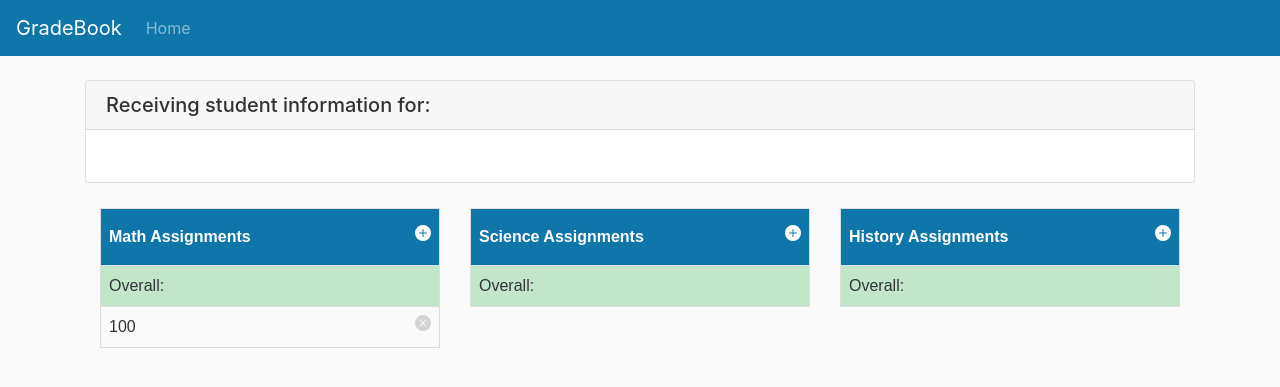
Repository: lamichhanemahesh/JUNIT-Mockito
Page: http://localhost/studentInformation
These files come from the project's save history. The page is drawn as it stood at one moment and after the next save; the edit follows.
The browser window is 1280 px wide. The pictures show the whole page.
Some web libraries are served in a nearby version. The page is this project's Thymeleaf template; nobody is signed in. The template is opened directly, without the code that normally fills it, so the values that code supplies are empty.

Above is the page before, as saved 2023-06-10 09:11:37.

### 4.Testing Spring Boot MVC Web Apps/src/main/resources/templates/studentInformation.html
<!DOCTYPE html>
<html xmlns:th="http://www.thymeleaf.org">
<head>
<!-- Required meta tags -->
<meta charset="utf-8">
<meta name="viewport"
	content="width=device-width, initial-scale=1, shrink-to-fit=no">
<meta charset="ISO-8859-1">
<title>Grade Book App</title>

<link rel="stylesheet"
	href="https://maxcdn.bootstrapcdn.com/bootstrap/4.0.0/css/bootstrap.min.css"
	integrity="sha384-Gn5384xqQ1aoWXA+058RXPxPg6fy4IWvTNh0E263XmFcJlSAwiGgFAW/dAiS6JXm"
	crossorigin="anonymous">

<link rel="stylesheet" th:href="@{/cssandjs/main.css}" />
</head>
<body>
	<nav class="navbar navbar-expand-md navbar-dark main-color fixed-top">
		<a class="navbar-brand" href="/">GradeBook</a>
		<button class="navbar-toggler" type="button" data-toggle="collapse"
			data-target="#navbarNav" aria-controls="navbarNav"
			aria-expanded="false" aria-label="Toggle navigation">
			<span class="navbar-toggler-icon"></span>
		</button>
		<div class="collapse navbar-collapse" id="navbarNav">
			<ul class="navbar-nav">
				<li class="nav-item"><a class="nav-link" href="/">Home </a></li>
			</ul>
		</div>
	</nav>

	<div class="container">
		<div class="card">
			<h5 class="card-header">Receiving student information for:</h5>
			<div class="card-body">
				<h5 class="card-title">
					<span th:text="${student.fullName}"></span>
				</h5>
			</div>
		</div>


		<div class="container">
			<div class="row">
				<div class="col-4">
					<table class="students">
						<tr>
							<th>Math Assignments <svg xmlns="http://www.w3.org/2000/svg"
									width="16" height="16" fill="currentColor"
									class="bi bi-plus-circle-fill float-right pointer"
									viewBox="0 0 16 16" onclick="showOrHideGrade('math')">
                                <path
										d="M16 8A8 8 0 1 1 0 8a8 8 0 0 1 16 0zM8.5 4.5a.5.5 0 0 0-1 0v3h-3a.5.5 0 0 0 0 1h3v3a.5.5 0 0 0 1 0v-3h3a.5.5 0 0 0 0-1h-3v-3z" />
                            </svg>
							</th>
						</tr>
						<tr class="table-success">
							<td><span>Overall:</span> <span th:text="${mathAverage}"></span>
							</td>

						</tr>
						<tr th:each="grade : ${student.studentGrades.mathGradeResults}">

							<td><span th:text="${grade.grade}"></span> <span> <svg
										xmlns="http://www.w3.org/2000/svg" width="16" height="16"
										fill="currentColor"
										class="bi bi-x-circle-fill float-right pointer"
										style="color: #d3d3d3" viewBox="0 0 16 16"
										th:onclick="|deleteMathGrade('${grade.id}');|">
                      <path
											d="M16 8A8 8 0 1 1 0 8a8 8 0 0 1 16 0zM5.354 4.646a.5.5 0 1 0-.708.708L7.293 8l-2.647 2.646a.5.5 0 0 0 .708.708L8 8.707l2.646 2.647a.5.5 0 0 0 .708-.708L8.707 8l2.647-2.646a.5.5 0 0 0-.708-.708L8 7.293 5.354 4.646z" />
                    </svg></span></td>
						</tr>



						<tr>

							<td><span>100</span> <span> <svg
										xmlns="http://www.w3.org/2000/svg" width="16" height="16"
										fill="currentColor"
										class="bi bi-x-circle-fill float-right pointer"
										style="color: #d3d3d3" viewBox="0 0 16 16">
  <path
											d="M16 8A8 8 0 1 1 0 8a8 8 0 0 1 16 0zM5.354 4.646a.5.5 0 1 0-.708.708L7.293 8l-2.647 2.646a.5.5 0 0 0 .708.708L8 8.707l2.646 2.647a.5.5 0 0 0 .708-.708L8.707 8l2.647-2.646a.5.5 0 0 0-.708-.708L8 7.293 5.354 4.646z" />
</svg></span></td>
						</tr>
					</table>
					                <form id = "mathGrade" style="display: none;" method="post" action="/grades">
					                    <div class="form-group">
					                        <label for="grade">Grade</label>
					                       <input type="number" class="form-control" name="grade" placeholder="Enter grade" step="0.01" min="0" max="100">
					                        <small class="form-text text-muted">Enter student's grade.</small>

					                        <input type="number" class="form-control" name="studentId" th:value="${student.id}" style="display: none">

					                        <input type="text" class="form-control" name="gradeType" value="math" style="display: none">
					                    </div>
					                    <button type="submit" class="btn btn-color">Submit</button>
					                </form>



				</div>
				<div class="col-4">
					<table class="students">
						<tr>
							<th>Science Assignments <svg
									xmlns="http://www.w3.org/2000/svg" width="16" height="16"
									fill="currentColor"
									class="bi bi-plus-circle-fill float-right pointer"
									viewBox="0 0 16 16" onclick="showOrHideGrade('science')">
                                <path
										d="M16 8A8 8 0 1 1 0 8a8 8 0 0 1 16 0zM8.5 4.5a.5.5 0 0 0-1 0v3h-3a.5.5 0 0 0 0 1h3v3a.5.5 0 0 0 1 0v-3h3a.5.5 0 0 0 0-1h-3v-3z" />
                            </svg>
							</th>
						</tr>
						<tr class="table-success">
							                     <td><span>Overall:</span> <span th:text="${scienceAverage}"></span> </td>
						</tr>
						                   <tr th:each="grade : ${student.studentGrades.scienceGradeResults}">
						                       <td >
						                           <span th:text="${grade.grade}"></span>
						                            <span>	<svg xmlns="http://www.w3.org/2000/svg" width="16" height="16" fill="currentColor" class="bi bi-x-circle-fill float-right pointer" style="color: #d3d3d3" viewBox="0 0 16 16" th:onclick="|deleteScienceGrade('${grade.id}');|">
						  <path d="M16 8A8 8 0 1 1 0 8a8 8 0 0 1 16 0zM5.354 4.646a.5.5 0 1 0-.708.708L7.293 8l-2.647 2.646a.5.5 0 0 0 .708.708L8 8.707l2.646 2.647a.5.5 0 0 0 .708-.708L8.707 8l2.647-2.646a.5.5 0 0 0-.708-.708L8 7.293 5.354 4.646z"/>
						</svg></span>
						                        </td>
						                   </tr>
					</table>
					                <form id = "scienceGrade" style="display: none;"  method="post" action="/grades">
					                    <div class="form-group">
					                        <label for="grade">Grade</label>
					                        <input type="number" class="form-control" name="grade" placeholder="Enter grade" step="0.01" min="0" max="100">
					                        <small class="form-text text-muted">Enter student's grade.</small>

					                       <input type="number" class="form-control" name="studentId" th:value="${student.id}" style="display: none">

					                        <input type="text" class="form-control" name="gradeType" value="science" style="display: none">
					                    </div>
					                    <button type="submit" class="btn btn-color">Submit</button>
					               </form>


				</div>
				<div class="col-4">
					<table class="students">
						<tr>
							<th>History Assignments <svg
									xmlns="http://www.w3.org/2000/svg" width="16" height="16"
									fill="currentColor"
									class="bi bi-plus-circle-fill float-right pointer"
									viewBox="0 0 16 16" onclick="showOrHideGrade('history')">
                                <path
										d="M16 8A8 8 0 1 1 0 8a8 8 0 0 1 16 0zM8.5 4.5a.5.5 0 0 0-1 0v3h-3a.5.5 0 0 0 0 1h3v3a.5.5 0 0 0 1 0v-3h3a.5.5 0 0 0 0-1h-3v-3z" />
                            </svg>
							</th>
						</tr>
						<tr class="table-success">
							                        <td><span>Overall:</span> <span th:text="${historyAverage}"></span> </td>
						</tr>
						                   <tr th:each="grade : ${student.studentGrades.historyGradeResults}">
						                      <td >
						                            <span th:text="${grade.grade}"></span>
						                            <span>	<svg xmlns="http://www.w3.org/2000/svg" width="16" height="16" fill="currentColor" class="bi bi-x-circle-fill float-right pointer" style="color: #d3d3d3" viewBox="0 0 16 16" th:onclick="|deleteHistoryGrade('${grade.id}');|">
						  <path d="M16 8A8 8 0 1 1 0 8a8 8 0 0 1 16 0zM5.354 4.646a.5.5 0 1 0-.708.708L7.293 8l-2.647 2.646a.5.5 0 0 0 .708.708L8 8.707l2.646 2.647a.5.5 0 0 0 .708-.708L8.707 8l2.647-2.646a.5.5 0 0 0-.708-.708L8 7.293 5.354 4.646z"/>
						</svg></span>
						                      </td>
						                   </tr>


					</table>
					               <form id = "historyGrade" style="display: none;"  method="post" action="/grades">
					                   <div class="form-group">
					                        <label for="grade">Grade</label>
					                        <input type="number" class="form-control" name="grade" placeholder="Enter grade" step="0.01" min="0" max="100">
					                        <small class="form-text text-muted">Enter student's grade.</small>

					                        <input type="number" class="form-control" name="studentId" th:value="${student.id}" style="display: none">

					                        <input type="text" class="form-control" name="gradeType" value="history" style="display: none">
					                    </div>
					                    <button type="submit" class="btn btn-color">Submit</button>
					                </form>
				</div>
			</div>
		</div>


	</div>

	<script src="https://code.jquery.com/jquery-3.2.1.slim.min.js"
		integrity="sha384-KJ3o2DKtIkvYIK3UENzmM7KCkRr/rE9/Qpg6aAZGJwFDMVNA/GpGFF93hXpG5KkN"
		crossorigin="anonymous"></script>
	<script
		src="https://cdnjs.cloudflare.com/ajax/libs/popper.js/1.12.9/umd/popper.min.js"
		integrity="sha384-ApNbgh9B+Y1QKtv3Rn7W3mgPxhU9K/ScQsAP7hUibX39j7fakFPskvXusvfa0b4Q"
		crossorigin="anonymous"></script>
	<script
		src="https://maxcdn.bootstrapcdn.com/bootstrap/4.0.0/js/bootstrap.min.js"
		integrity="sha384-JZR6Spejh4U02d8jOt6vLEHfe/JQGiRRSQQxSfFWpi1MquVdAyjUar5+76PVCmYl"
		crossorigin="anonymous"></script>
	<script type="text/javascript" th:src="@{/cssandjs/js/main.js}"></script>
</body>
</html>

### 4.Testing Spring Boot MVC Web Apps/src/main/resources/static/cssandjs/main.css
.students {
  font-family: Arial;
  border-collapse: collapse;
  width: 100%;
  margin-top: 25px;
}

.students td, .students th {
  border: 1px solid #ddd;
  padding: 8px;
}

.students tr:nth-child(even){background-color: #f2f2f2;}

.students tr:hover {background-color: #ddd;}

.students th {
  padding-top: 16px;
  padding-bottom: 16px;
  text-align: left;
  background-color: #0e76a8;
  color: white;
}

body {
  background: #fafafa;
  color: #33333a;
  margin-top: 5rem;
}

h1, h2, h3, h4, h5, h6 {
  color: #323232;
}

.main-color {
  background-color: #0e76a8 ;
}

.pointer {
cursor: pointer;
}

.btn-color {
  background-color: #0e76a8 ;
  color: white;
}

.hide {
display: none;
}

.form {
margin: 10px;
}

### 4.Testing Spring Boot MVC Web Apps/src/main/resources/static/cssandjs/js/main.js
  function showOrHideGrade(gradeType) {
        if (gradeType === "math") {
              var x = document.getElementById("mathGrade");
              if (x.style.display === "none") {
                x.style.display = "block";
              } else {
                x.style.display = "none";
              }
        }
        if (gradeType === "science") {
             var x = document.getElementById("scienceGrade");
             if (x.style.display === "none") {
                 x.style.display = "block";
            } else {
                x.style.display = "none";
            }
          }
        if (gradeType === "history") {
             var x = document.getElementById("historyGrade");
             if (x.style.display === "none") {
                 x.style.display = "block";
            } else {
                x.style.display = "none";
            }
          }
    }

    function deleteStudent(id) {
    window.location.href = "/delete/student/" + id;
    }

    function deleteMathGrade(id) {
    window.location.href = "/grades/" + id + "/" + "math";
    }

    function deleteScienceGrade(id) {
    window.location.href = "/grades/" + id + "/" + "science";
    }

    function deleteHistoryGrade(id) {
    window.location.href = "/grades/" + id + "/" + "history";
    }

    function studentInfo(id) {
        window.location.href = "/studentInformation/" + id;
    }

After the next save:
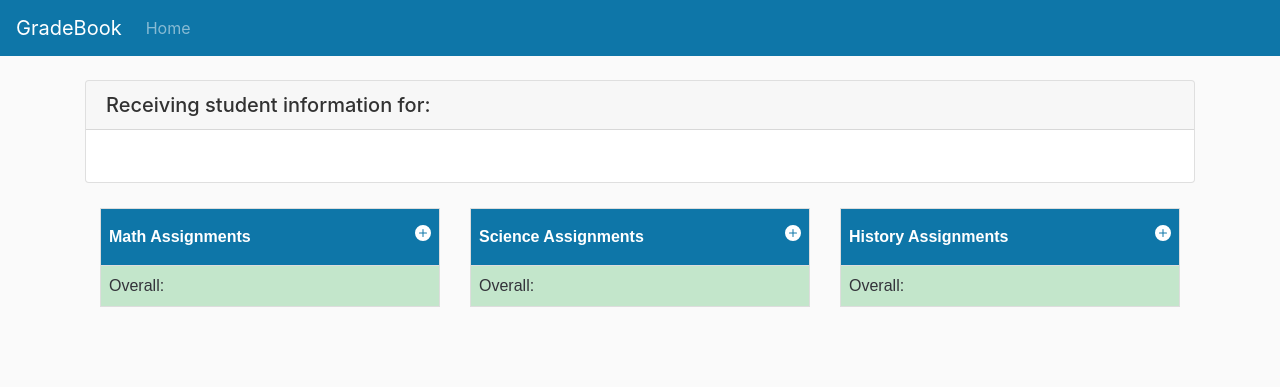
Saved 39 min 41 s later.
--- a/4.Testing Spring Boot MVC Web Apps/src/main/resources/templates/studentInformation.html
+++ b/4.Testing Spring Boot MVC Web Apps/src/main/resources/templates/studentInformation.html
@@ -76,16 +76,6 @@
 
 
 						<tr>
-
-							<td><span>100</span> <span> <svg
-										xmlns="http://www.w3.org/2000/svg" width="16" height="16"
-										fill="currentColor"
-										class="bi bi-x-circle-fill float-right pointer"
-										style="color: #d3d3d3" viewBox="0 0 16 16">
-  <path
-											d="M16 8A8 8 0 1 1 0 8a8 8 0 0 1 16 0zM5.354 4.646a.5.5 0 1 0-.708.708L7.293 8l-2.647 2.646a.5.5 0 0 0 .708.708L8 8.707l2.646 2.647a.5.5 0 0 0 .708-.708L8.707 8l2.647-2.646a.5.5 0 0 0-.708-.708L8 7.293 5.354 4.646z" />
-</svg></span></td>
-						</tr>
 					</table>
 					                <form id = "mathGrade" style="display: none;" method="post" action="/grades">
 					                    <div class="form-group">
